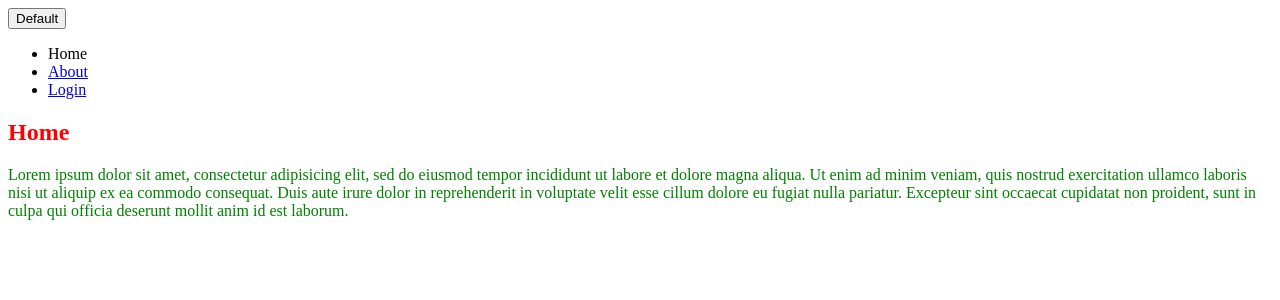
Repository: rileymeye1/ZTM
Page: project_files/index.html
The author's editor kept a copy of each file at every save. The page is drawn from the files as they stood at one save, then again after the next save.
The browser window is 1280 px wide. The pictures show the whole page.

Above is the page before, as saved 2024-08-19 16:24:35.

After the next save:
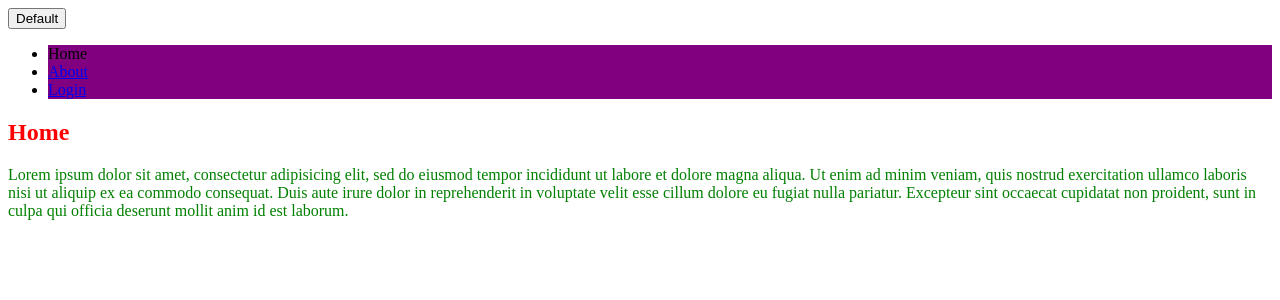
Saved 17 s later.
--- a/project_files/index.html
+++ b/project_files/index.html
@@ -5,7 +5,9 @@
   <title>My first website!</title>
   <link rel="stylesheet" type="text/css" href="style.css">
   <style>
-
+    li {
+      background-color: purple;
+    }
   </style>
 </head>
 <body>

After the save that followed:
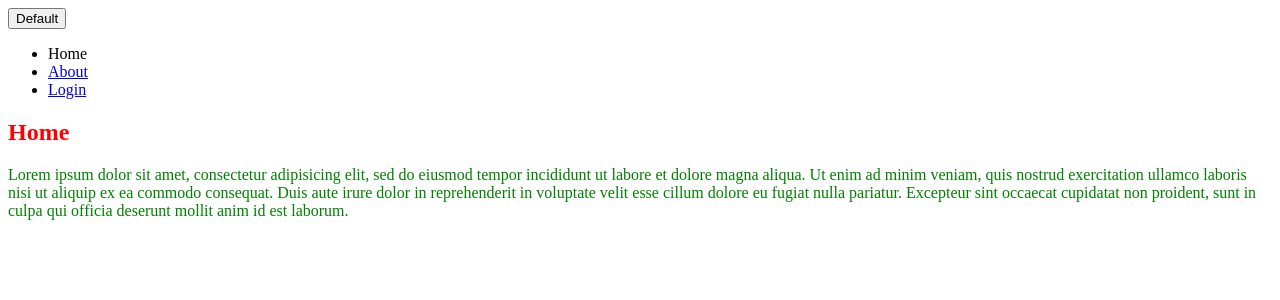
Saved 2 min 19 s later.
--- a/project_files/index.html
+++ b/project_files/index.html
@@ -4,11 +4,6 @@
 <head>
   <title>My first website!</title>
   <link rel="stylesheet" type="text/css" href="style.css">
-  <style>
-    li {
-      background-color: purple;
-    }
-  </style>
 </head>
 <body>
   <button class="btn btn-primary">Default</button>
